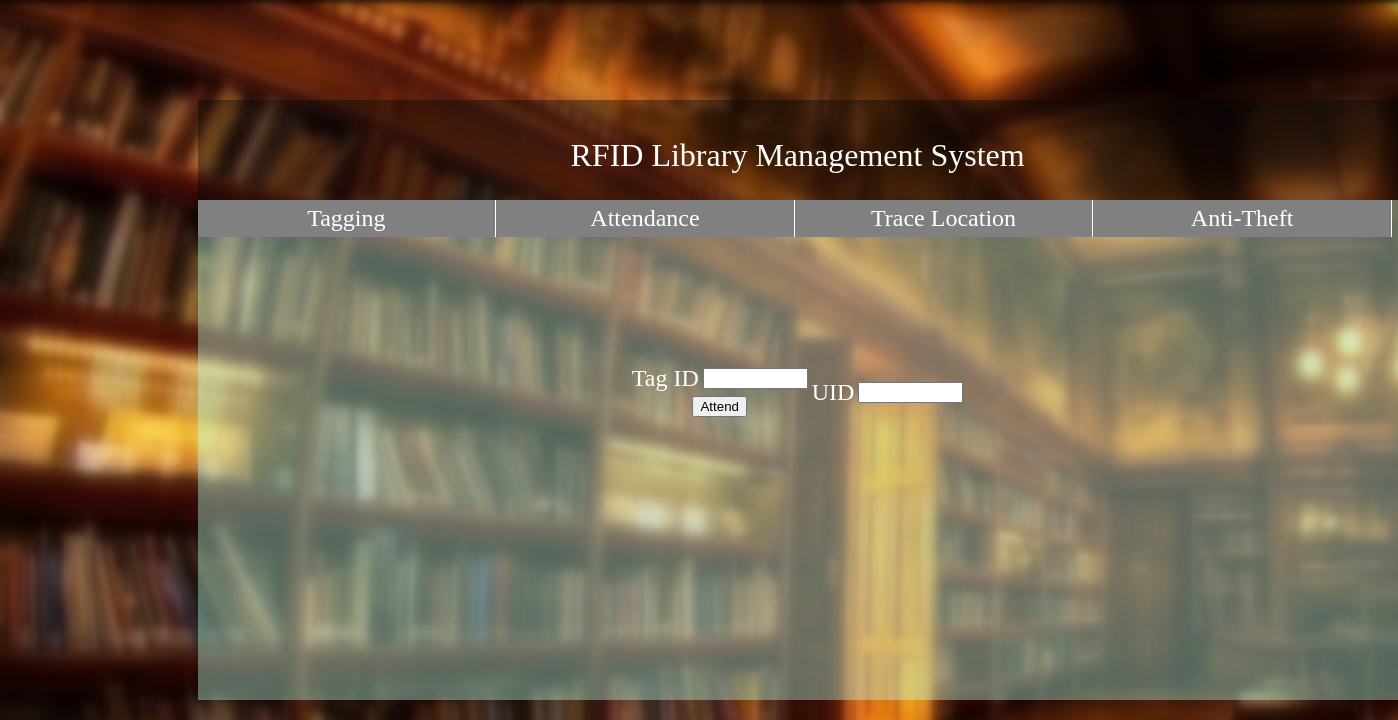
Repository: vigineshs/A-Smart-Data-Analyzer-for-Library-Management-System
Page: http://localhost/librarymgmt/attendance.jsp
These files come from the project's save history. The page is drawn as it stood at one moment and after the next save; the edit follows.
The browser window is 1280 px wide. The page is 1398 px wide, so the pictures cover 1398 px, including what lies to the right of the window. The pictures show the whole page.
The page is served by Tomcat 9.

Above is the page before, as saved 2013-02-11 14:46:42.

After the next save:
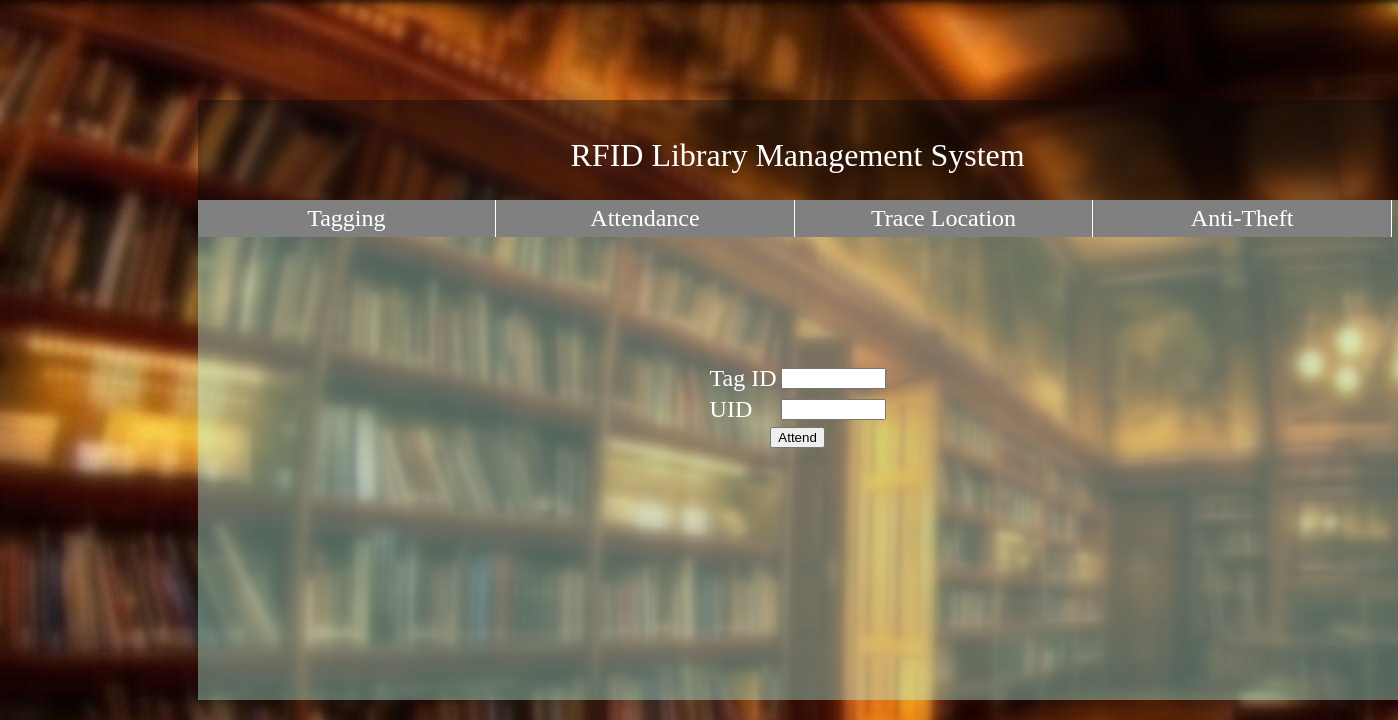
Saved 21 s later.
--- a/PassiveRFID/CS203-Version 1.0.6/Demo Applications/Dot Net C#/Demo Applications Source Code/RFID/librarymgmt/WebContent/attendance.jsp
+++ b/PassiveRFID/CS203-Version 1.0.6/Demo Applications/Dot Net C#/Demo Applications Source Code/RFID/librarymgmt/WebContent/attendance.jsp
@@ -25,8 +25,8 @@ RFID Library Management System
 	<center><form method=POST action="http://localhost:8080/librarymgmt/Attendance" onsubmit="return validateForm()" name=f1>
 	<br/><br/><br/><br/>
 <table>
-<tr  ><td rowspan="2">Tag ID</td><td rowspan="2"><input type=text size=10 name=btag /></td></tr>
-<tr><td rowspan="2">UID</td><td rowspan="2"><input type=text size=10 name=buid /></td></tr>
+<tr  ><td>Tag ID</td><td><input type=text size=10 name=btag /></td></tr>
+<tr><td>UID</td><td><input type=text size=10 name=buid /></td></tr>
 
 <tr><td colspan="2"><center><input type=submit value=Attend /></center></td></tr>
 </table>
